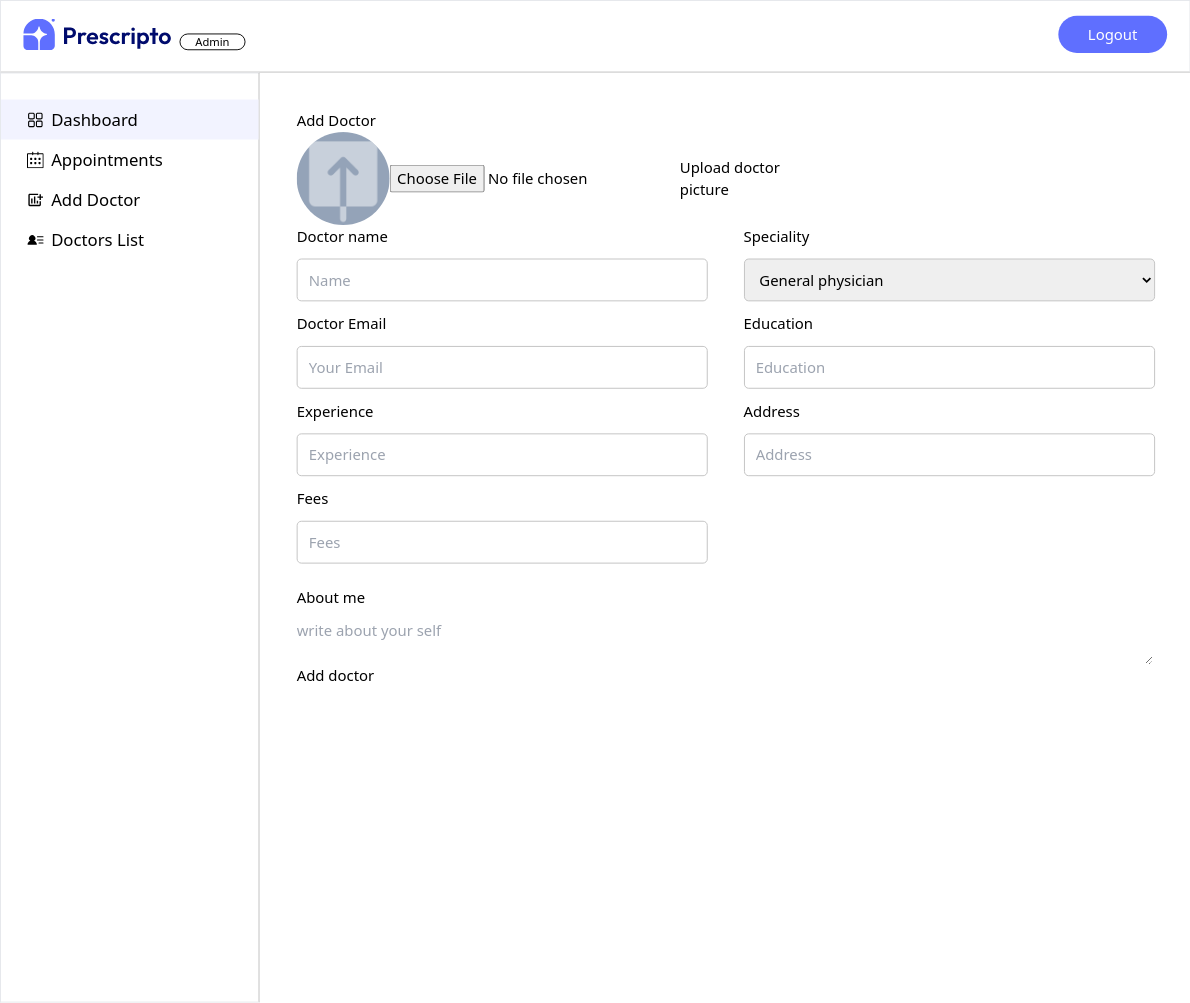
Repository: AzizHamdi99/Prescripto
Page: /addDoctor (app in AdminPanel/)
The author's editor kept a copy of each file at every save. The page is drawn from the files as they stood at one save, then again after the next save.
The browser window is 1280 px wide. The pictures show the whole page, at 93% of full size.
The project was rebuilt for these pictures with package versions that can differ from the ones it lists, and the page was loaded fresh each time. Also part of the build but not shown: AdminPanel/vite.config.js.

Above is the page before, as saved 2025-01-02 15:30:10.

### AdminPanel/src/main.jsx
import { StrictMode } from 'react'
import { createRoot } from 'react-dom/client'
import './index.css'
import App from './App.jsx'
import { BrowserRouter } from "react-router-dom";

createRoot(document.getElementById('root')).render(
  <BrowserRouter>
    <App />
  </BrowserRouter>,
)

### AdminPanel/src/App.jsx
import { useState } from 'react'
import{Route,Routes} from 'react-router-dom'

import './App.css'
import Navbar from './componants/Navbar'
import SideBar from './componants/SideBar'
import AddDoctor from './componants/AddDoctor'

function App() {


  return (
    <div>
      <Navbar/>
      <div className='flex'>
      <SideBar/>
      <Routes>
      <Route path='/addDoctor' element={<AddDoctor/>}/>
      </Routes>
      </div>
    </div>

  )
}

export default App

### AdminPanel/src/componants/Navbar.jsx
import React from 'react'
import { assets } from '../../../frontend/src/assets/assets_frontend/assets'

function Navbar() {
  return (
    <div className='flex items-center justify-between px-6 py-4 pb-5 border-b-[#BEBEBE] border-[1px]  '>
        <div className='flex items-center justify-center'>
        <img src={assets.logo} alt="" className=' w-40 mr-2'  />
         <p className=' px-4 border-black border 1 rounded-xl font-light text-xs relative top-2'>Admin</p>
                </div>
        <span className='py-2 px-8 rounded-3xl bg-[#5F6FFF] text-white'>Logout</span>



    </div>
  )
}

export default Navbar

### AdminPanel/src/componants/SideBar.jsx
import React from 'react'
import { assets } from '../../../frontend/src/assets/assets_frontend/assets'
import { RxDashboard } from "react-icons/rx";
import { SlCalender } from "react-icons/sl";
import { MdAddChart } from "react-icons/md";
import { PiUserListFill } from "react-icons/pi";
import { useNavigate } from 'react-router-dom';


function SideBar() {
  const navigate=useNavigate();
  return (
    <div className='flex flex-col py-7 w-72 text-[18px] border-r-[#BEBEBE] border-[1px] h-[1000px]'>
        <div className='flex items-center gap-2  px-7 py-2 bg-[#F2F3FF] cursor-pointer'>
        <RxDashboard />
        <p>Dashboard</p>
        </div>
        <div className='flex items-center gap-2 px-7 py-2  cursor-pointer' >
        <SlCalender />
        <p>Appointments</p>
        </div>
        <div onClick={()=>navigate("/addDoctor")} className='flex items-center gap-2 px-7 py-2  cursor-pointer'>
        <MdAddChart />
        <p>Add Doctor</p>
        </div>
        <div className='flex items-center gap-2 px-7 py-2  cursor-pointer'>
        <PiUserListFill />
        <p>Doctors List</p>
        </div>

    </div>
  )
}

export default SideBar

### AdminPanel/src/componants/AddDoctor.jsx
import React from 'react'
import { assets } from '../../../frontend/src/assets/assets_frontend/assets'
import { specialityData } from '../../../frontend/src/assets/assets_frontend/assets'

function AddDoctor() {
  return (
    <div className='p-10'>
        <p>Add Doctor</p>
        <form action="">
            <div className='flex items-center'>
                <img className='bg-slate-400 rounded-[50%]' src={assets.upload_icon} alt="" />
                <input type="file" name="image" id="" />
                <p>Upload doctor <br /> picture</p>

            </div>
            <div className='grid grid-cols-2 gap-10'>
                <div className='flex flex-col gap-3'>

                            <label htmlFor="">Doctor name</label>
                            <input type="text" placeholder='Name' className='w-[442px] h-[46px] rounded-[5px] border-[1.5px] border-[#C1C1C1] px-3' />


                            <label htmlFor="">Doctor Email</label>
                            <input type="email" placeholder='Your Email' className='w-[442px] h-[46px] rounded-[5px] border-[1.5px] border-[#C1C1C1] px-3' />



                            <label htmlFor=""> Experience</label>
                            <input type="number" placeholder='Experience'  className='w-[442px] h-[46px] rounded-[5px] border-[1.5px] border-[#C1C1C1] px-3'/>


                            <label htmlFor="">Fees</label>
                            <input type="number" placeholder='Fees' className='w-[442px] h-[46px] rounded-[5px] border-[1.5px] border-[#C1C1C1] px-3'/>

                </div>
                <div className='flex flex-col gap-3'>
                    <label htmlFor="">Speciality</label>
                    <select className='w-[442px] h-[46px] rounded-[5px] border-[1.5px] border-[#C1C1C1] px-3' name="" id="">
                        {specialityData.map((item,key)=>(
                            <option  value="">{item.speciality}</option>
                        ))}


                    </select>

                            <label htmlFor="">Education</label>
                            <input className='w-[442px] h-[46px] rounded-[5px] border-[1.5px] border-[#C1C1C1] px-3' type="text" placeholder='Education' />


                            <label htmlFor="">Address</label>
                            <input className='w-[442px] h-[46px] rounded-[5px] border-[1.5px] border-[#C1C1C1] px-3' type="number" placeholder='Address' />



                </div>
            </div>
            <div className='mt-6 flex flex-col gap-3'>

                         <label htmlFor="">About me </label>
                        <textarea className='w-[921px] h-[]' name="" id="" placeholder='write about your self'></textarea>

            </div>
            <button>Add doctor</button>







        </form>


    </div>
  )
}

export default AddDoctor

### frontend/src/assets/assets_frontend/assets.js
import appointment_img from './appointment_img.png'
import header_img from './header_img.png'
import group_profiles from './group_profiles.png'
import profile_pic from './profile_pic.png'
import contact_image from './contact_image.png'
import about_image from './about_image.png'
import logo from './logo.svg'
import dropdown_icon from './dropdown_icon.svg'
import dropup_icon from './arrow-drop-up.svg'
import menu_icon from './menu_icon.svg'
import cross_icon from './cross_icon.png'
import chats_icon from './chats_icon.svg'
import verified_icon from './verified_icon.svg'
import arrow_icon from './arrow_icon.svg'
import info_icon from './info_icon.svg'
import upload_icon from './upload_icon.png'
import stripe_logo from './stripe_logo.png'
import razorpay_logo from './razorpay_logo.png'
import doc1 from './doc1.png'
import doc2 from './doc2.png'
import doc3 from './doc3.png'
import doc4 from './doc4.png'
import doc5 from './doc5.png'
import doc6 from './doc6.png'
import doc7 from './doc7.png'
import doc8 from './doc8.png'
import doc9 from './doc9.png'
import doc10 from './doc10.png'
import doc11 from './doc11.png'
import doc12 from './doc12.png'
import doc13 from './doc13.png'
import doc14 from './doc14.png'
import doc15 from './doc15.png'
import Dermatologist from './Dermatologist.svg'
import Gastroenterologist from './Gastroenterologist.svg'
import General_physician from './General_physician.svg'
import Gynecologist from './Gynecologist.svg'
import Neurologist from './Neurologist.svg'
import Pediatricians from './Pediatricians.svg'


export const assets = {
    appointment_img,
    header_img,
    group_profiles,
    logo,
    chats_icon,
    verified_icon,
    info_icon,
    profile_pic,
    arrow_icon,
    contact_image,
    about_image,
    menu_icon,
    cross_icon,
    dropdown_icon,
    upload_icon,
    stripe_logo,
    razorpay_logo,
    dropup_icon
}

export const specialityData = [
    {
        speciality: 'General physician',
        image: General_physician
    },
    {
        speciality: 'Gynecologist',
        image: Gynecologist
    },
    {
        speciality: 'Dermatologist',
        image: Dermatologist
    },
    {
        speciality: 'Pediatricians',
        image: Pediatricians
    },
    {
        speciality: 'Neurologist',
        image: Neurologist
    },
    {
        speciality: 'Gastroenterologist',
        image: Gastroenterologist
    },
]

export const doctors = [
    {
        _id: 'doc1',
        name: 'Dr. Richard James',
        image: doc1,
        speciality: 'General physician',
        degree: 'MBBS',
        experience: '4 Years',
        about: 'Dr. Davis has a strong commitment to delivering comprehensive medical care, focusing on preventive medicine, early diagnosis, and effective treatment strategies. Dr. Davis has a strong commitment to delivering comprehensive medical care, focusing on preventive medicine, early diagnosis, and effective treatment strategies.',
        fees: 50,
        address: {
            line1: '17th Cross, Richmond',
            line2: 'Circle, Ring Road, London'
        }
    },
    {
        _id: 'doc2',
        name: 'Dr. Emily Larson',
        image: doc2,
        speciality: 'Gynecologist',
        degree: 'MBBS',
        experience: '3 Years',
        about: 'Dr. Davis has a strong commitment to delivering comprehensive medical care, focusing on preventive medicine, early diagnosis, and effective treatment strategies. Dr. Davis has a strong commitment to delivering comprehensive medical care, focusing on preventive medicine, early diagnosis, and effective treatment strategies.',
        fees: 60,
        address: {
            line1: '27th Cross, Richmond',
            line2: 'Circle, Ring Road, London'
        }
    },
    {
        _id: 'doc3',
        name: 'Dr. Sarah Patel',
        image: doc3,
        speciality: 'Dermatologist',
        degree: 'MBBS',
        experience: '1 Years',
        about: 'Dr. Davis has a strong commitment to delivering comprehensive medical care, focusing on preventive medicine, early diagnosis, and effective treatment strategies. Dr. Davis has a strong commitment to delivering comprehensive medical care, focusing on preventive medicine, early diagnosis, and effective treatment strategies.',
        fees: 30,
        address: {
            line1: '37th Cross, Richmond',
            line2: 'Circle, Ring Road, London'
        }
    },
    {
        _id: 'doc4',
        name: 'Dr. Christopher Lee',
        image: doc4,
        speciality: 'Pediatricians',
        degree: 'MBBS',
        experience: '2 Years',
        about: 'Dr. Davis has a strong commitment to delivering comprehensive medical care, focusing on preventive medicine, early diagnosis, and effective treatment strategies. Dr. Davis has a strong commitment to delivering comprehensive medical care, focusing on preventive medicine, early diagnosis, and effective treatment strategies.',
        fees: 40,
        address: {
            line1: '47th Cross, Richmond',
            line2: 'Circle, Ring Road, London'
        }
    },
    {
        _id: 'doc5',
        name: 'Dr. Jennifer Garcia',
        image: doc5,
        speciality: 'Neurologist',
        degree: 'MBBS',
        experience: '4 Years',
        about: 'Dr. Davis has a strong commitment to delivering comprehensive medical care, focusing on preventive medicine, early diagnosis, and effective treatment strategies. Dr. Davis has a strong commitment to delivering comprehensive medical care, focusing on preventive medicine, early diagnosis, and effective treatment strategies.',
        fees: 50,
        address: {
            line1: '57th Cross, Richmond',
            line2: 'Circle, Ring Road, London'
        }
    },
    {
        _id: 'doc6',
        name: 'Dr. Andrew Williams',
        image: doc6,
        speciality: 'Neurologist',
        degree: 'MBBS',
        experience: '4 Years',
        about: 'Dr. Davis has a strong commitment to delivering comprehensive medical care, focusing on preventive medicine, early diagnosis, and effective treatment strategies. Dr. Davis has a strong commitment to delivering comprehensive medical care, focusing on preventive medicine, early diagnosis, and effective treatment strategies.',
        fees: 50,
        address: {
            line1: '57th Cross, Richmond',
            line2: 'Circle, Ring Road, London'
        }
    },
    {
        _id: 'doc7',
        name: 'Dr. Christopher Davis',
        image: doc7,
        speciality: 'General physician',
        degree: 'MBBS',
        experience: '4 Years',
        about: 'Dr. Davis has a strong commitment to delivering comprehensive medical care, focusing on preventive medicine, early diagnosis, and effective treatment strategies. Dr. Davis has a strong commitment to delivering comprehensive medical care, focusing on preventive medicine, early diagnosis, and effective treatment strategies.',
        fees: 50,
        address: {
            line1: '17th Cross, Richmond',
            line2: 'Circle, Ring Road, London'
        }
    },
    {
        _id: 'doc8',
        name: 'Dr. Timothy White',
        image: doc8,
        speciality: 'Gynecologist',
        degree: 'MBBS',
        experience: '3 Years',
        about: 'Dr. Davis has a strong commitment to delivering comprehensive medical care, focusing on preventive medicine, early diagnosis, and effective treatment strategies. Dr. Davis has a strong commitment to delivering comprehensive medical care, focusing on preventive medicine, early diagnosis, and effective treatment strategies.',
        fees: 60,
        address: {
            line1: '27th Cross, Richmond',
            line2: 'Circle, Ring Road, London'
        }
    },
    {
        _id: 'doc9',
        name: 'Dr. Ava Mitchell',
        image: doc9,
        speciality: 'Dermatologist',
        degree: 'MBBS',
        experience: '1 Years',
        about: 'Dr. Davis has a strong commitment to delivering comprehensive medical care, focusing on preventive medicine, early diagnosis, and effective treatment strategies. Dr. Davis has a strong commitment to delivering comprehensive medical care, focusing on preventive medicine, early diagnosis, and effective treatment strategies.',
        fees: 30,
        address: {
            line1: '37th Cross, Richmond',
            line2: 'Circle, Ring Road, London'
        }
    },
    {
        _id: 'doc10',
        name: 'Dr. Jeffrey King',
        image: doc10,
        speciality: 'Pediatricians',
        degree: 'MBBS',
        experience: '2 Years',
        about: 'Dr. Davis has a strong commitment to delivering comprehensive medical care, focusing on preventive medicine, early diagnosis, and effective treatment strategies. Dr. Davis has a strong commitment to delivering comprehensive medical care, focusing on preventive medicine, early diagnosis, and effective treatment strategies.',
        fees: 40,
        address: {
            line1: '47th Cross, Richmond',
            line2: 'Circle, Ring Road, London'
        }
    },
    {
        _id: 'doc11',
        name: 'Dr. Zoe Kelly',
        image: doc11,
        speciality: 'Neurologist',
        degree: 'MBBS',
        experience: '4 Years',
        about: 'Dr. Davis has a strong commitment to delivering comprehensive medical care, focusing on preventive medicine, early diagnosis, and effective treatment strategies. Dr. Davis has a strong commitment to delivering comprehensive medical care, focusing on preventive medicine, early diagnosis, and effective treatment strategies.',
        fees: 50,
        address: {
            line1: '57th Cross, Richmond',
            line2: 'Circle, Ring Road, London'
        }
    },
    {
        _id: 'doc12',
        name: 'Dr. Patrick Harris',
        image: doc12,
        speciality: 'Neurologist',
        degree: 'MBBS',
        experience: '4 Years',
        about: 'Dr. Davis has a strong commitment to delivering comprehensive medical care, focusing on preventive medicine, early diagnosis, and effective treatment strategies. Dr. Davis has a strong commitment to delivering comprehensive medical care, focusing on preventive medicine, early diagnosis, and effective treatment strategies.',
        fees: 50,
        address: {
            line1: '57th Cross, Richmond',
            line2: 'Circle, Ring Road, London'
        }
    },
    {
        _id: 'doc13',
        name: 'Dr. Chloe Evans',
        image: doc13,
        speciality: 'General physician',
        degree: 'MBBS',
        experience: '4 Years',
        about: 'Dr. Davis has a strong commitment to delivering comprehensive medical care, focusing on preventive medicine, early diagnosis, and effective treatment strategies. Dr. Davis has a strong commitment to delivering comprehensive medical care, focusing on preventive medicine, early diagnosis, and effective treatment strategies.',
        fees: 50,
        address: {
            line1: '17th Cross, Richmond',
            line2: 'Circle, Ring Road, London'
        }
    },
    {
        _id: 'doc14',
        name: 'Dr. Ryan Martinez',
        image: doc14,
        speciality: 'Gynecologist',
        degree: 'MBBS',
        experience: '3 Years',
        about: 'Dr. Davis has a strong commitment to delivering comprehensive medical care, focusing on preventive medicine, early diagnosis, and effective treatment strategies. Dr. Davis has a strong commitment to delivering comprehensive medical care, focusing on preventive medicine, early diagnosis, and effective treatment strategies.',
        fees: 60,
        address: {
            line1: '27th Cross, Richmond',
            line2: 'Circle, Ring Road, London'
        }
    },
    {
        _id: 'doc15',
        name: 'Dr. Amelia Hill',
        image: doc15,
        speciality: 'Dermatologist',
        degree: 'MBBS',
        experience: '1 Years',
        about: 'Dr. Davis has a strong commitment to delivering comprehensive medical care, focusing on preventive medicine, early diagnosis, and effective treatment strategies. Dr. Davis has a strong commitment to delivering comprehensive medical care, focusing on preventive medicine, early diagnosis, and effective treatment strategies.',
        fees: 30,
        address: {
            line1: '37th Cross, Richmond',
            line2: 'Circle, Ring Road, London'
        }
    },
]

Loaded but not shown: AdminPanel/index.html (common file); AdminPanel/src/index.css (common file); AdminPanel/tailwind.config.js (common file); AdminPanel/src/App.css (no stored copy; drawn as an empty file)

After the next save:
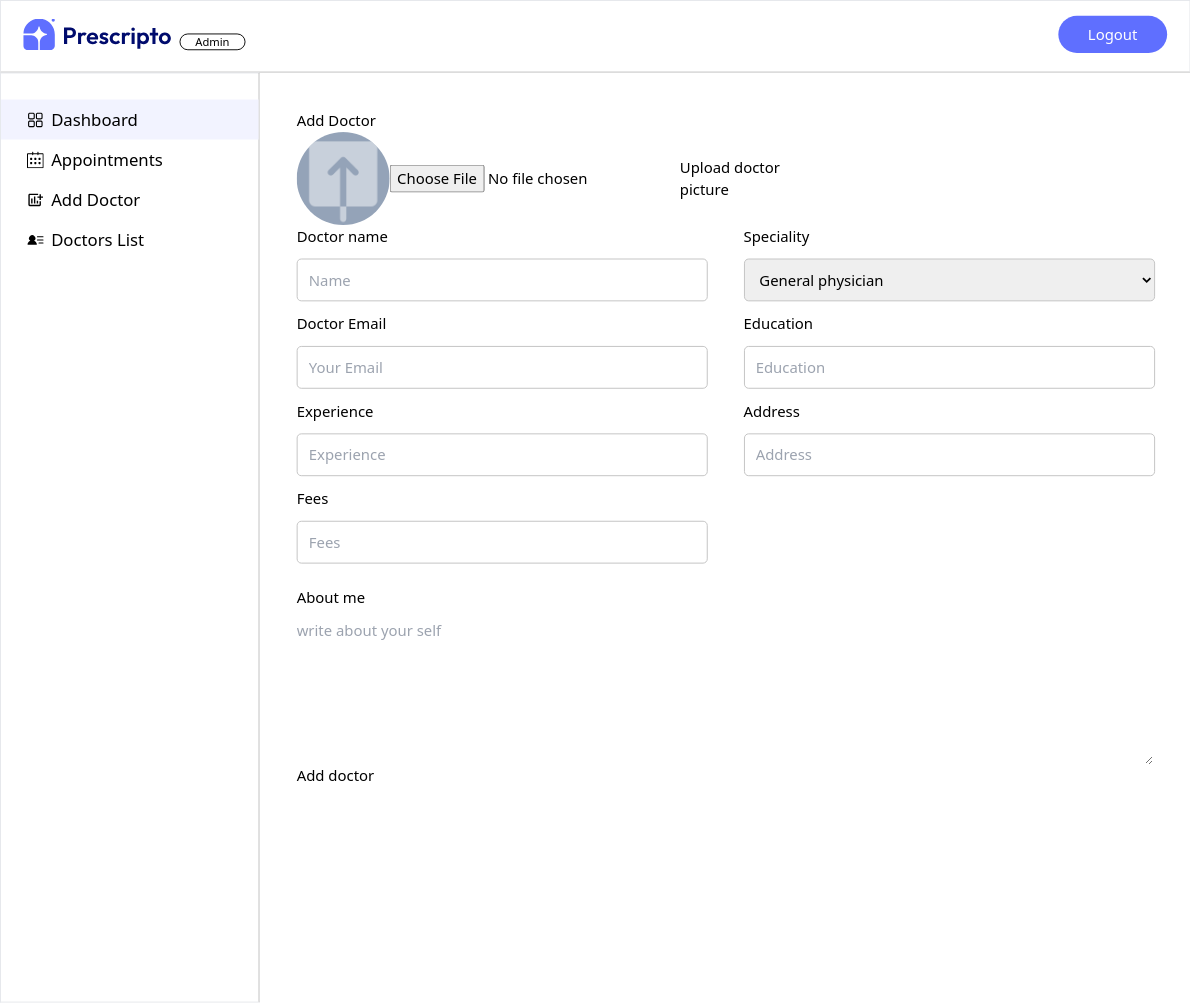
Saved 5 s later.
--- a/AdminPanel/src/componants/AddDoctor.jsx
+++ b/AdminPanel/src/componants/AddDoctor.jsx
@@ -57,7 +57,7 @@
             <div className='mt-6 flex flex-col gap-3'>
 
                          <label htmlFor="">About me </label>
-                        <textarea className='w-[921px] h-[]' name="" id="" placeholder='write about your self'></textarea>
+                        <textarea className='w-[921px] h-[156px]' name="" id="" placeholder='write about your self'></textarea>
 
             </div>
             <button>Add doctor</button>
